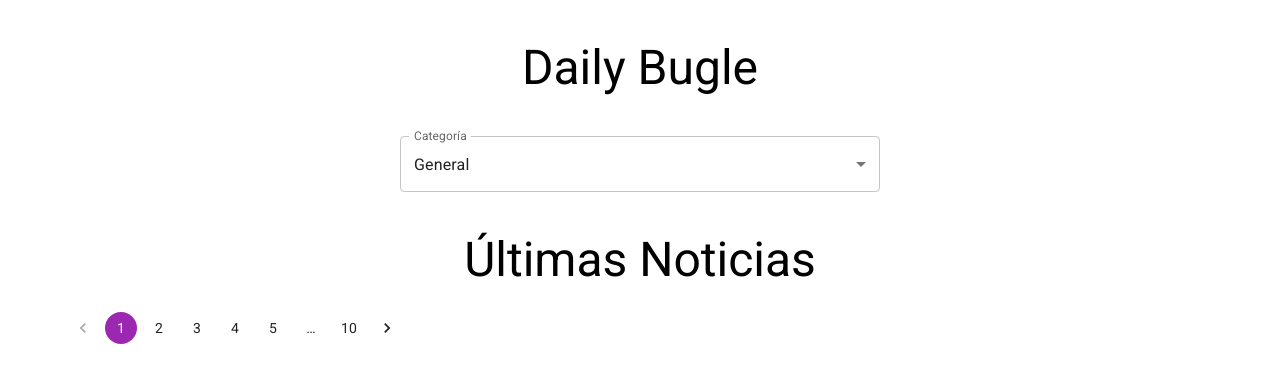
Repository: CarlosCamposRodriguez99/noticiasApp
Page: /
The author's editor kept a copy of each file at every save. The page is drawn from the files as they stood at one save, then again after the next save.
The browser window is 1280 px wide. The pictures show the whole page.
The page's requests for data from a server got no answer. Some web fonts or font styles are not loaded; a fallback is used. The project was rebuilt for these pictures with package versions that can differ from the ones it lists, and the page was loaded fresh each time. No one was signed in, and anything a server would have sent is missing. Also part of the build but not shown: vite.config.js, src/components/Noticia.jsx.

Above is the page before, as saved 2022-06-08 17:36:04.

### index.html
<!DOCTYPE html>
<html lang="en">
  <head>
    <meta charset="UTF-8" />
    <link rel="icon" type="image/svg+xml" href="/src/favicon.svg" />
    <meta name="viewport" content="width=device-width, initial-scale=1.0" />
    <title>Buscador de Noticias</title>
    <link rel="preconnect" href="https://fonts.googleapis.com">
    <link rel="preconnect" href="https://fonts.gstatic.com" crossorigin>
    <link href="https://fonts.googleapis.com/css2?family=Joan&family=Roboto:wght@300;400;500;700&display=swap" rel="stylesheet">
  </head>
  <body>
    <div id="root"></div>
    <script type="module" src="/src/main.jsx"></script>
  </body>
</html>

### src/App.jsx
import { Container, Grid, Typography } from '@mui/material';
import Formulario from './components/Formulario';
import ListadoNoticias from './components/ListadoNoticias';
import { NoticiasProvider } from './context/NoticiasProvider';

function App() {

  return (
    <NoticiasProvider>
      <Container>
          <header>
            <Typography
              align="center"
              marginY={5}
              component='h1'
              variant='h3'
            >
              Daily Bugle
            </Typography>
          </header>

        <Grid
          container
          direction='row'
          justifyContent='center'
          alignItems='center'
        >
          <Grid item md={6} xs={12} lg={5}>
            <Formulario />

          </Grid>
        </Grid>

        <ListadoNoticias/>

      </Container>
    </NoticiasProvider>
  )
}

export default App

### src/components/Formulario.jsx
import { FormControl, InputLabel, Select, MenuItem } from '@mui/material';
import useNoticias from '../context/useNoticias';

const CATEGORIAS = [
  { value: 'general', label: 'General'},
  { value: 'business', label: 'Negocios'},
  { value: 'entertainment', label: 'Entretenimiento'},
  { value: 'health', label: 'Salud'},
  { value: 'science', label: 'Ciencia'},
  { value: 'sports', label: 'Deportes'},
  { value: 'technology', label: 'Tecnología'},
]

const Formulario = () => {

  const {categoria, handleChangeCategoria} = useNoticias();

  return (
    <form>
      <FormControl fullWidth>
        <InputLabel>Categoría</InputLabel>
        <Select
          label="categoria"
          onChange={handleChangeCategoria}
          value={categoria}
        >
          {CATEGORIAS.map(categoria => (
            <MenuItem
              key={categoria.value}
              value={categoria.value}
            >
              {categoria.label}
            </MenuItem>
          ))}

        </Select>

      </FormControl>
    </form>
  )
}

export default Formulario

### src/components/ListadoNoticias.jsx
import Grid from '@mui/material/Grid';
import Typography from '@mui/material/Typography';
import Pagination from '@mui/material/Pagination';
import Stack from '@mui/material/Stack';
import useNoticias from '../context/useNoticias';
import Noticia from './Noticia';

const ListadoNoticias = () => {

  const { noticias } = useNoticias();

  return (
    <>
        <Typography
          textAlign='center'
          marginY={5}
          variant='h3'
          component='h2'
        >
          Últimas Noticias
        </Typography>

        <Grid
          container
          spacing={2}
        >
          {noticias.map(noticia => (
            <Noticia
              noticia={noticia}
              key={noticia.url}
            />
          ))}
        </Grid>

        <Stack
          spacing={2}
          direction='row'
          justifyContent
        >
          <Pagination count={10} color='secondary' />
        </Stack>
    </>
  )
}

export default ListadoNoticias;

### src/context/NoticiasProvider.jsx
import { useState, useEffect, createContext }from 'react';
import axios from 'axios';


const NoticiasContext = createContext()

const NoticiasProvider = ({children}) => {

  const [categoria, setCategoria] = useState('general');
  const [noticias, setNoticias] = useState([]);
  const [pagina, setPagina] = useState(1);
  const [totalNoticias, setTotalNoticias] = useState(1);

  const handleChangeCategoria = e => {
    setCategoria(e.target.value)
  }

  useEffect(() => {
    const consultarAPI = async () => {
      const url = `https://newsapi.org/v2/top-headlines?country=mx&category=${categoria}&apiKey=${import.meta.env.VITE_API_KEY}`;

      const { data } = await axios(url);

      setNoticias(data.articles);
      setTotalNoticias(data.totalResults);

    }
    consultarAPI();

  }, [categoria])


  return (
    <NoticiasContext.Provider
      value={{
        categoria,
        handleChangeCategoria,
        noticias

      }}
    >
        {children}

    </NoticiasContext.Provider>
  )
}

export {
  NoticiasProvider
}

export default NoticiasContext;

### src/context/useNoticias.jsx
import { useContext }from 'react';
import NoticiasContext from '../context/NoticiasProvider';

const useNoticias = () => {
  return useContext(NoticiasContext)
}

export default useNoticias;

Loaded but not shown: src/main.jsx (common file)

After the next save:
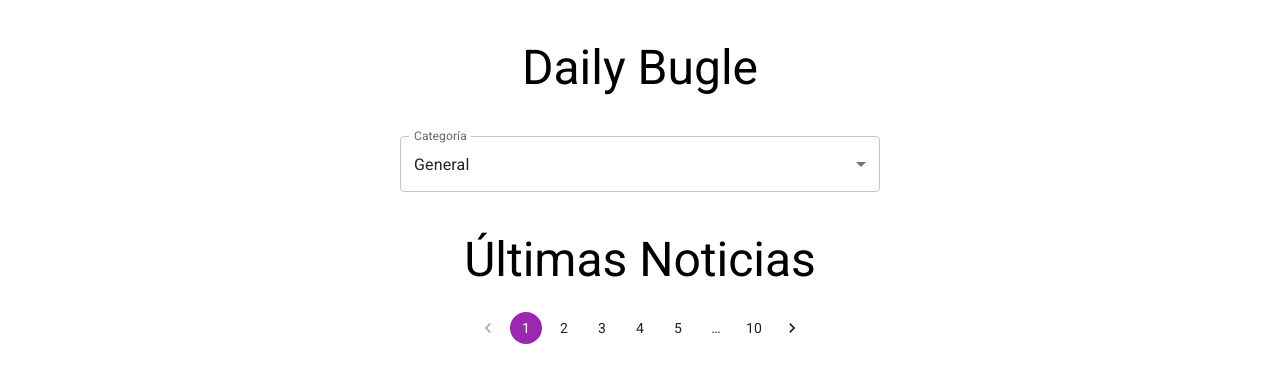
Saved 4 s later.
--- a/src/components/ListadoNoticias.jsx
+++ b/src/components/ListadoNoticias.jsx
@@ -35,7 +35,7 @@
         <Stack
           spacing={2}
           direction='row'
-          justifyContent
+          justifyContent='center'
         >
           <Pagination count={10} color='secondary' />
         </Stack>
